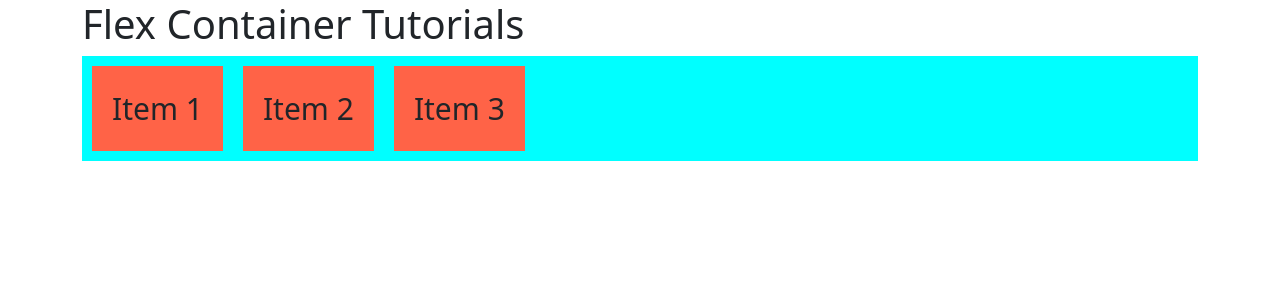
Repository: tandoan-teaching/teaching
Page: ltt/web/exercises/flexbox/flex-container.html
These files come from the project's save history. The page is drawn as it stood at one moment and after a run of saves; the edit follows.
The browser window is 1280 px wide. The pictures show the whole page.

Above is the page before, as saved 2024-03-24 16:10:56.

After the next 2 saves:
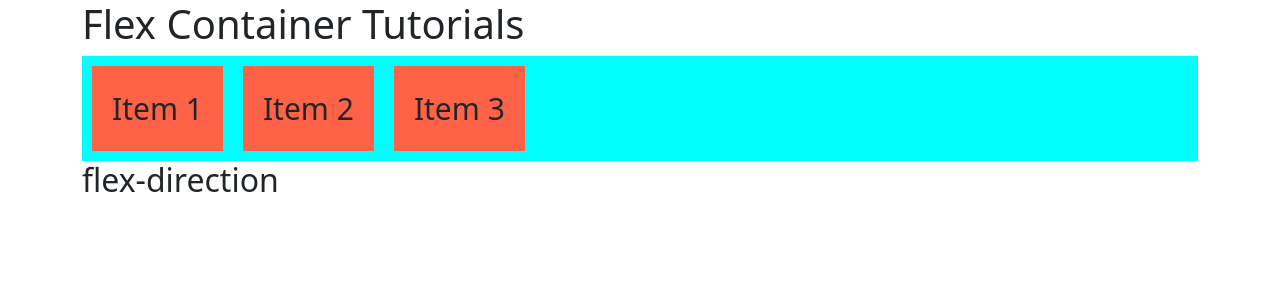
The 2 saves are shown as one change because they came seconds apart.
The last was saved 56 s later.
--- a/ltt/web/exercises/flexbox/flex-container.html
+++ b/ltt/web/exercises/flexbox/flex-container.html
@@ -39,6 +39,11 @@
                 <div>Item 3</div>
             </div>
 
+            <div class="sub-title">
+                <h2>flex-direction</h2>
+
+            </div>
+
         </div>
 
         <script
